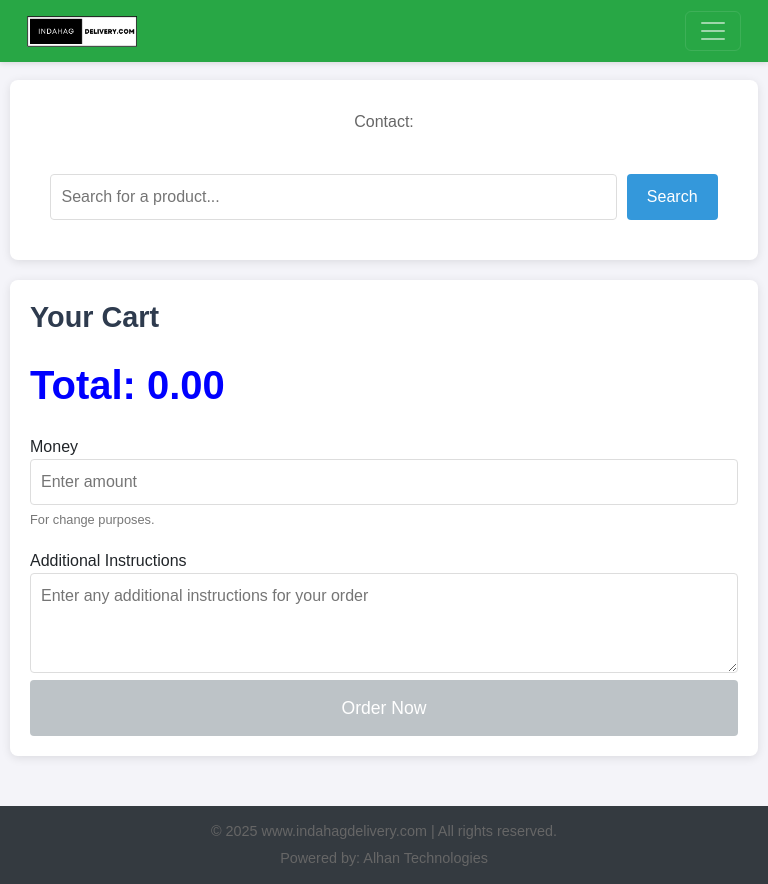
Repository: Jijiluzana225/indahagdelivery.com
Page: store/templates/store/store_products.html
An editor plug-in stored every save of this project. The page is shown before and after the next save, followed by the edit.
The browser window is 768 px wide. The pictures show the whole page.
The template is drawn by Django 5.2. The application's start-up code is not run. The template is opened directly, without the code that normally fills it, so the values that code supplies are empty.

Above is the page before, as saved 2025-01-22 11:53:18.

After the next save:
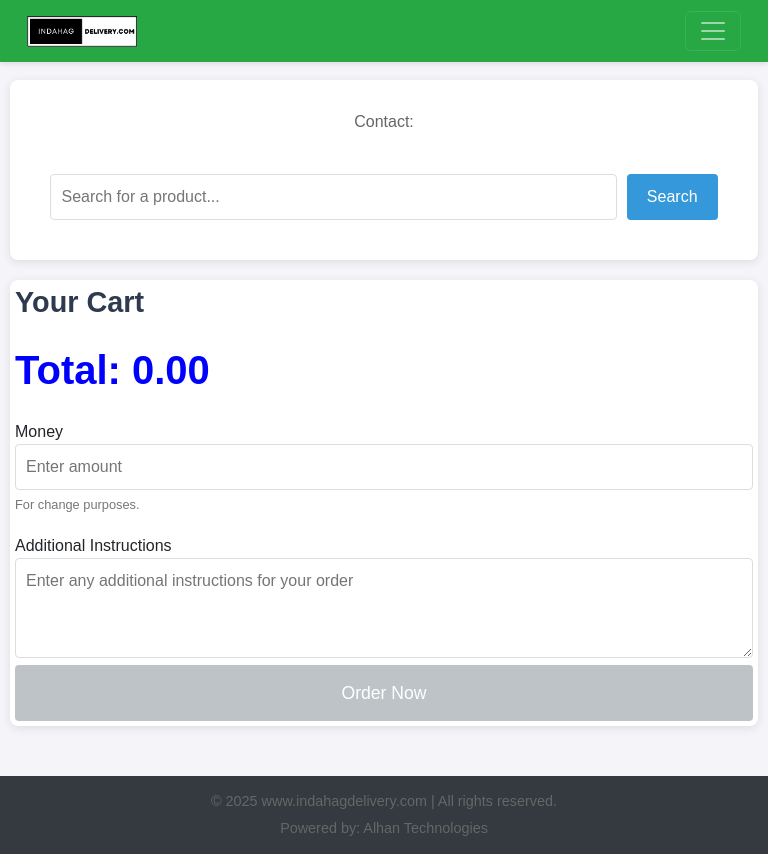
Saved 119 s later.
--- a/store/templates/store/store_products.html
+++ b/store/templates/store/store_products.html
@@ -323,6 +323,18 @@
 
     .cart-item p {
         font-size: 0.75rem; /* Smaller font size for cart item text */
+    }
+
+    .right-column {
+        padding: 5px; /* Reduced padding in the right column (cart) */
+    }
+
+    .cart-items {
+        padding: 0; /* No padding for the cart items container */
+    }
+
+    .cart-item {
+        padding: 5px 0; /* Reduced padding for each cart item */
     }
 
 }

After the save that followed:
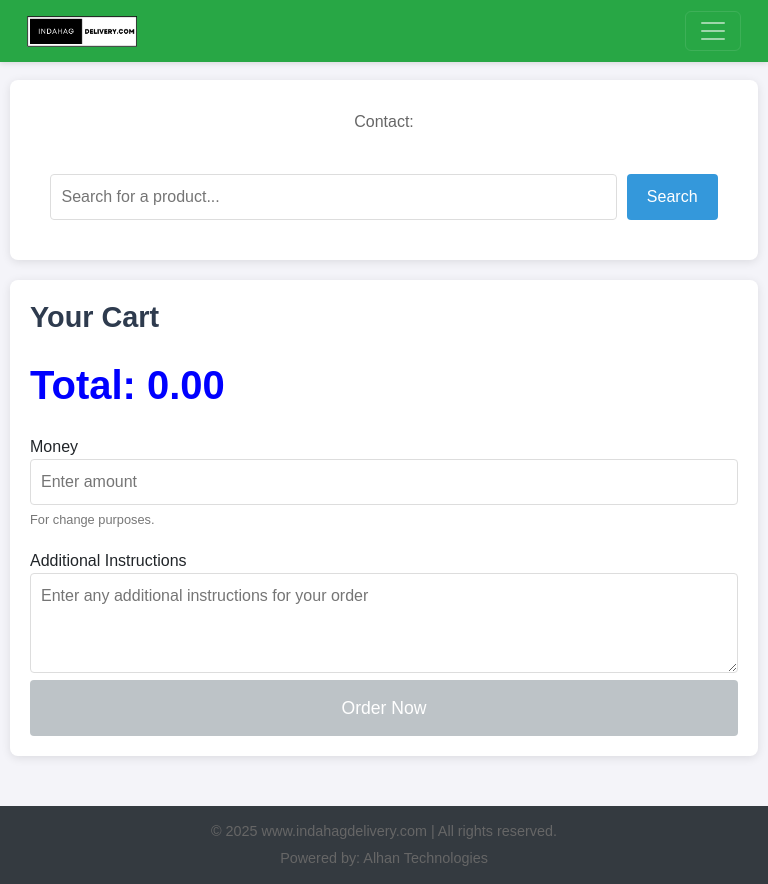
Saved 65 s later.
--- a/store/templates/store/store_products.html
+++ b/store/templates/store/store_products.html
@@ -325,17 +325,7 @@
         font-size: 0.75rem; /* Smaller font size for cart item text */
     }
 
-    .right-column {
-        padding: 5px; /* Reduced padding in the right column (cart) */
-    }
-
-    .cart-items {
-        padding: 0; /* No padding for the cart items container */
-    }
-
-    .cart-item {
-        padding: 5px 0; /* Reduced padding for each cart item */
-    }
+
 
 }
 
